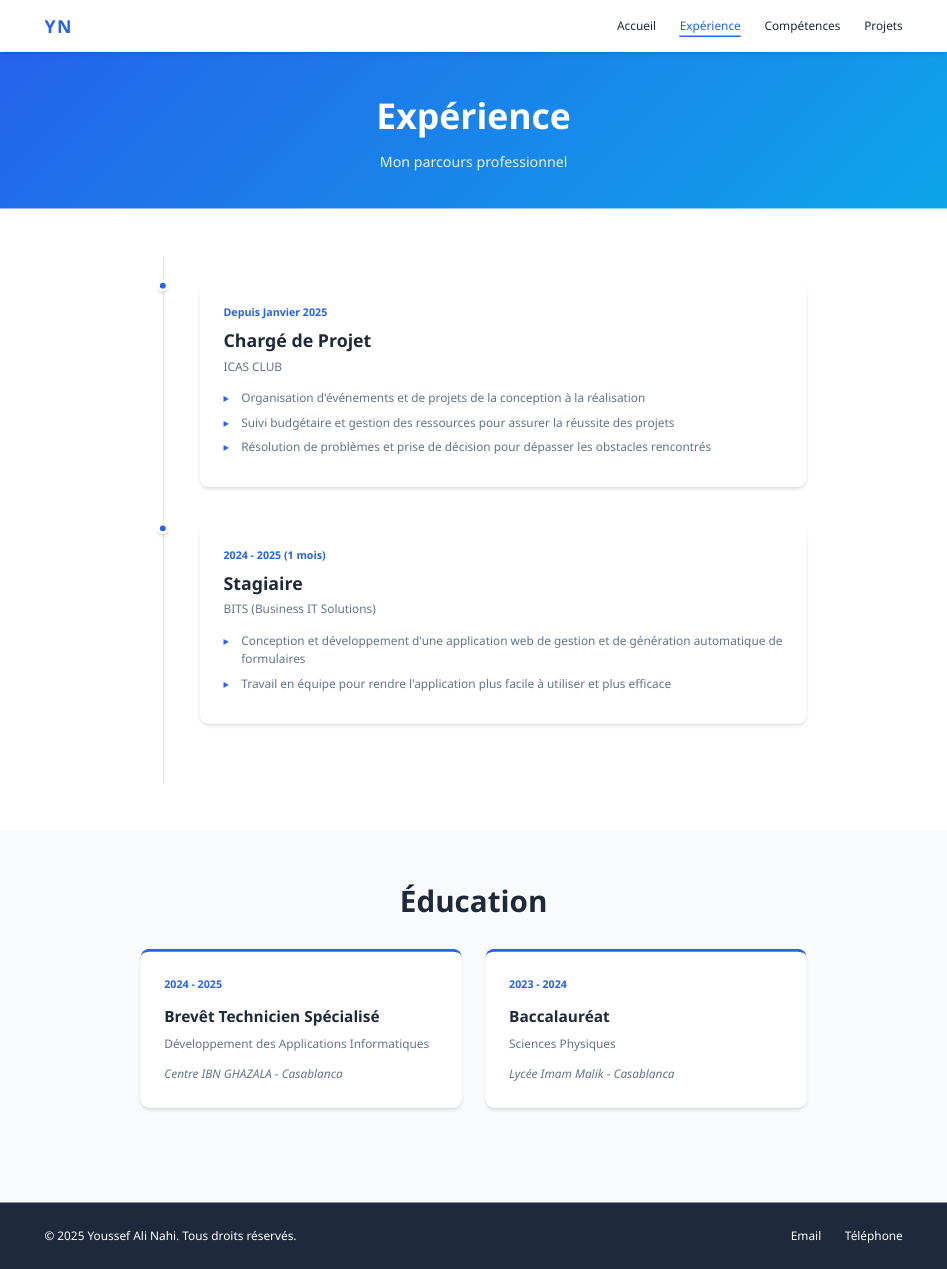
Repository: Youssef-Nahi504/My_Portfolio
Page: experience.html
These files come from the project's save history. The page is drawn as it stood at one moment and after the next save; the edit follows.
The browser window is 1280 px wide. The pictures show the whole page, at 74% of full size.

Above is the page before, as saved 2025-12-19 16:07:46.

After the next save:
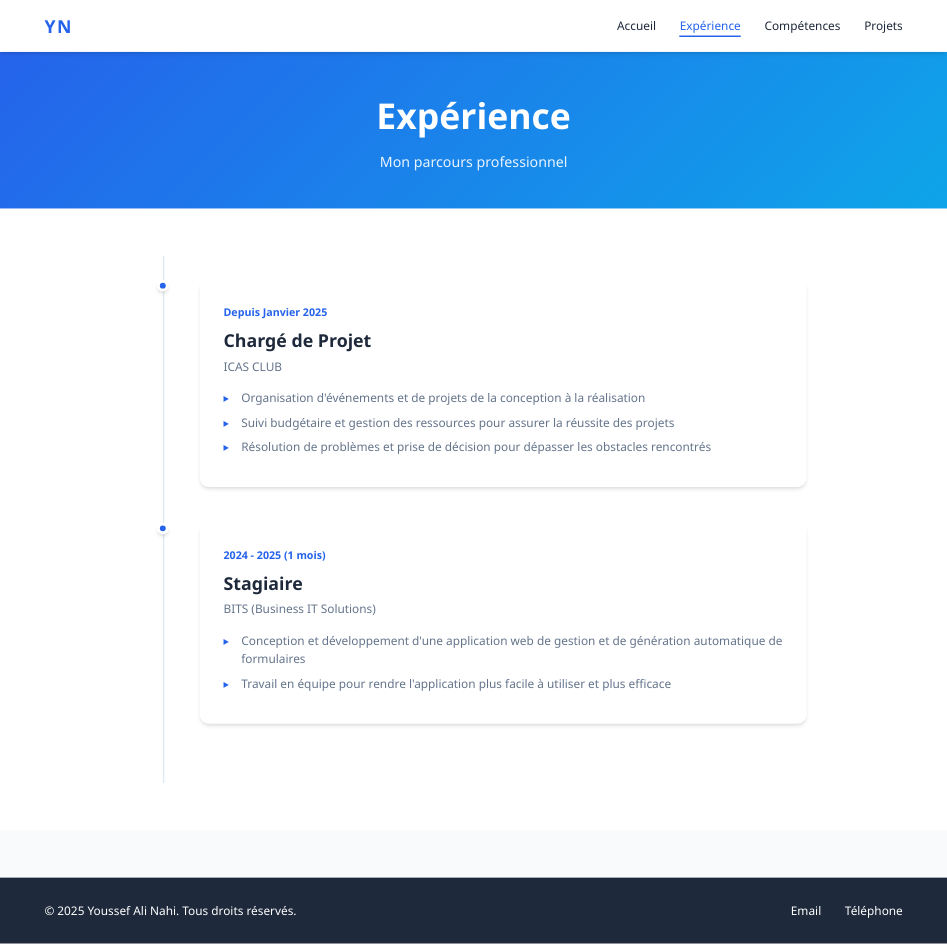
Saved 9 s later.
--- a/experience.html
+++ b/experience.html
@@ -65,26 +65,7 @@
             </div>
         </section>
 
-        <section class="education-section">
-            <div class="container">
-                <h2 class="section-title">Éducation</h2>
-                <div class="education-grid">
-                    <div class="education-card">
-                        <div class="education-year">2024 - 2025</div>
-                        <h3>Brevêt Technicien Spécialisé</h3>
-                        <h4>Développement des Applications Informatiques</h4>
-                        <p class="education-institution">Centre IBN GHAZALA - Casablanca</p>
-                    </div>
 
-                    <div class="education-card">
-                        <div class="education-year">2023 - 2024</div>
-                        <h3>Baccalauréat</h3>
-                        <h4>Sciences Physiques</h4>
-                        <p class="education-institution">Lycée Imam Malik - Casablanca</p>
-                    </div>
-                </div>
-            </div>
-        </section>
     </main>
 
     <footer>
